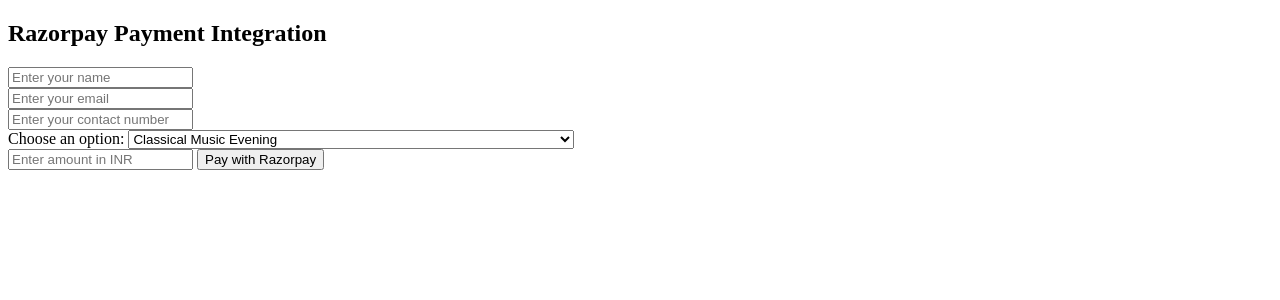
Repository: SharonSebastian32/razorpaypaymentgateway_implementation
Page: checkout.html
An editor plug-in stored every save of this project. The page is shown before and after the next save, followed by the edit.
The browser window is 1280 px wide. The pictures show the whole page.

Above is the page before, as saved 2024-08-08 19:21:07.

### checkout.html
<!DOCTYPE html>
<html lang="en">
  <head>
    <meta charset="UTF-8" />
    <meta name="viewport" content="width=device-width, initial-scale=1.0" />
    <title>Razorpay Payment Integration</title>
  </head>
  <body>
    <h2>Razorpay Payment Integration</h2>
    <form id="paymentForm">
      <input type="text" id="name" placeholder="Enter your name" required />
      <br />
      <input type="email" id="email" placeholder="Enter your email" required />
      <br />
      <input
        type="text"
        id="contact"
        placeholder="Enter your contact number"
        required
      />
      <br />

      <label for="choices">Choose an option:</label>
      <select id="choices" name="choices">
        <!-- Options will be dynamically generated here -->
      </select>

      <br />

      <input
        type="text"
        id="amount"
        placeholder="Enter amount in INR"
        required
      />

      <button id="rzp-button1" type="submit">Pay with Razorpay</button>
    </form>
    <script src="./paymentGateway.js"></script>
    <!-- Razorpay Script -->
    <script src="https://checkout.razorpay.com/v1/checkout.js"></script>
  </body>
</html>

### paymentGateway.js
document.getElementById("paymentForm").addEventListener("submit", function (e) {
  e.preventDefault();
  var name = document.getElementById("name").value;
  var email = document.getElementById("email").value;
  var contact = document.getElementById("contact").value;
  var amount = document.getElementById("amount").value * 100;
  // Convert amount to paise

  var options = {
    key: "rzp_test_gCzBTQcb92KH3e", // Enter the Key ID generated from the Dashboard
    amount: amount.toString(), // Amount in currency subunits (100 paise = 1 INR)
    currency: "INR",
    name: "Ozwalz Events",
    description: "Thank You for booking event with Ozwalz Events",
    image: "./assets/images/logo.png",

    handler: function (response) {
      // Handle the response from Razorpay after payment
      // You can redirect to another page or save the response to your database
    },
    prefill: {
      name: name,
      email: email,
      contact: contact,
    },
    notes: {
      description: "Thank You for booking event with Ozwalz Events",
    },
    theme: {
      color: "#red",
    },
  };

  var rzp1 = new Razorpay(options);
  rzp1.open();
});

// API FOR FETCHING EVENTNAME
// script.js
let eventData;

fetch("./JSON/event.json")
  .then((response) => response.json())
  .then((data) => {
    eventData = data;

    // Populate the select element with event names
    const selectElement = document.getElementById("choices");
    data.forEach((event) => {
      const option = document.createElement("option");
      option.value = event.id;
      option.text = event.eventName;
      selectElement.add(option);
    });

    // Add event listener to the select element
    selectElement.addEventListener("change", updatePriceInput);
  })
  .catch((error) => console.error("Error:", error));

function updatePriceInput() {
  const selectedEventId = document.getElementById("choices").value;
  const selectedEvent = eventData.find((event) => event.id === selectedEventId);

  if (selectedEvent) {
    document.getElementById("amount").value = selectedEvent.price.basePrice;
  } else {
    document.getElementById("amount").value = "";
  }
}

Loaded but not shown: JSON/event.json (899 lines, source omitted)

After the next save:
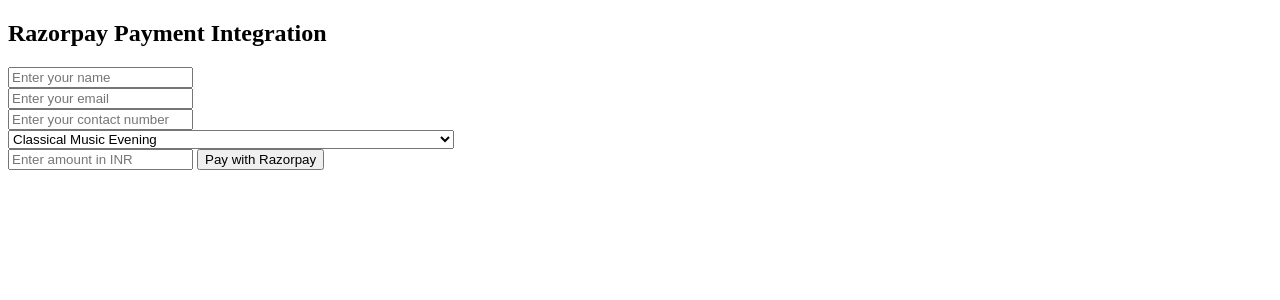
Saved 85 s later.
--- a/checkout.html
+++ b/checkout.html
@@ -20,8 +20,7 @@
       />
       <br />
 
-      <label for="choices">Choose an option:</label>
-      <select id="choices" name="choices">
+       <select id="choices" name="choices">
         <!-- Options will be dynamically generated here -->
       </select>
 

After the 2 saves that followed:
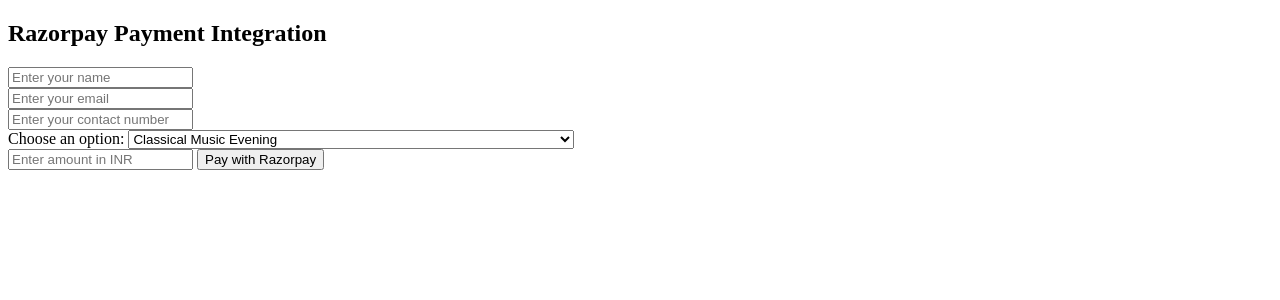
The 2 saves are shown as one change because 1 left the picture as it was.
The last was saved 9 min 38 s later.
--- a/checkout.html
+++ b/checkout.html
@@ -20,7 +20,8 @@
       />
       <br />
 
-       <select id="choices" name="choices">
+      <label for="choices">Choose an option:</label>
+      <select id="choices" name="choices">
         <!-- Options will be dynamically generated here -->
       </select>
 
--- a/paymentGateway.js
+++ b/paymentGateway.js
@@ -36,7 +36,7 @@
 });
 
 // API FOR FETCHING EVENTNAME
-// script.js
+
 let eventData;
 
 fetch("./JSON/event.json")
